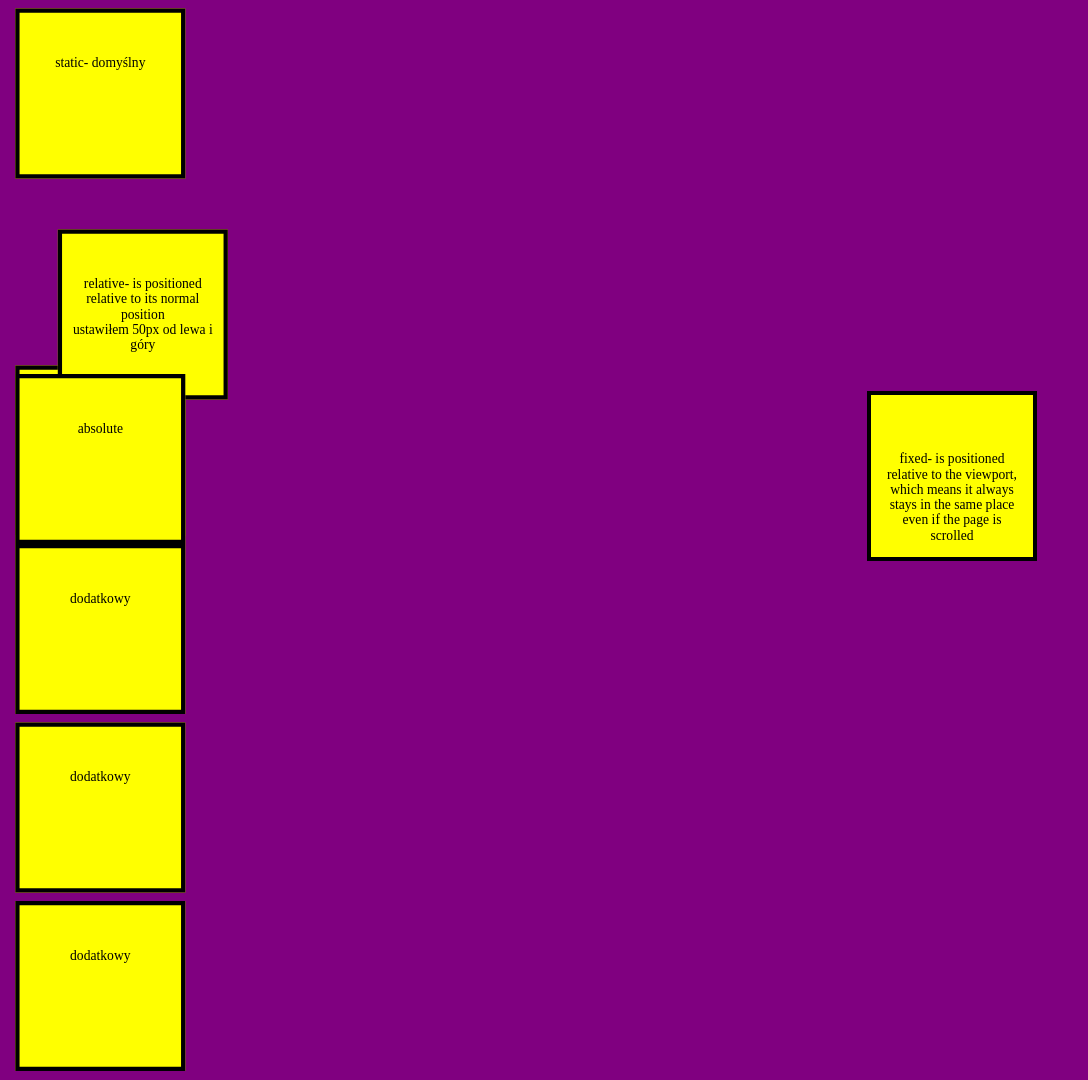
Repository: quenrythane/homepage
Page: CSS positions/CSS-positions.html
An editor plug-in stored every save of this project. The page is shown before and after the next save, followed by the edit.
The browser window is 1280 px wide. The pictures show the whole page, at 85% of full size.

Above is the page before, as saved 2020-10-11 03:56:21.

### CSS positions/CSS-positions.html
<!DOCTYPE html>
<html lang="en">
<head>
    <meta charset="UTF-8">
    <meta name="viewport" content="width=device-width, initial-scale=1.0">
    <title>CSS-positions</title>
    <link href="CSS-positions.css " rel="stylesheet" type="text/css">
</head>
<body >
    <div class="box static">static- domyślny</div>
    <div class="box relative">relative- is positioned relative to its normal position<br>
    ustawiłem 50px od lewa i góry</div>
    <div class="box fixed">
        <p>fixed- is positioned relative to the viewport, which means it always stays in the same place even if the page is scrolled</p>
        <p>A fixed element does not leave a gap in the page where it would normally have been located</p>
        <p> Czyli ogólnie strona załaduje go w to miejsce jakby strona normalnie się ładowała i na koniec tak jakby przy klei go w to miejsce na ekranie, przez co nawet jak będziemy przewijać stronę to zostanie w tym samym miejscu ekranu (nie zmieni miejsca ani w wysokości ani w szerokośći)</p>
        <p> Chyba, że nadamy mu miejsce w którym ma się znaleźć, wtedy tak jakby nie jest brany pod uwagę w wstępnym layoucie strony, tylko dodawany na sam koniec (ja go ustawię w miejsce w prawym rogu po 50px od krawędzi)</p>
    </div>
    <div class="box absolute">absolute</div>
    <div class="box sticky">sticky</div>

    <div class="box">dodatkowy</div>
    <div class="box">dodatkowy</div>
    <div class="box">dodatkowy</div>
</body>
</html>

### CSS positions/CSS-positions.css
body {
    background: purple;
}

.box{
    box-sizing: border-box;
    background: yellow;
    width: 200px;
    height: 200px ;
    margin: 10px;
    text-align: center;
    padding: 10px ;
    padding-top: 50px;
    border: solid black 5px;
}

.static{
    position: static;
}

.relative{
    position: relative;
    left: 50px;
    top: 50px;
}

.fixed{
    position: fixed;
    overflow: scroll;
    right: 50px;
    bottom: 50px;
}

.absolute{
    position: absolute;
}

.sticky{

}

After the next save:
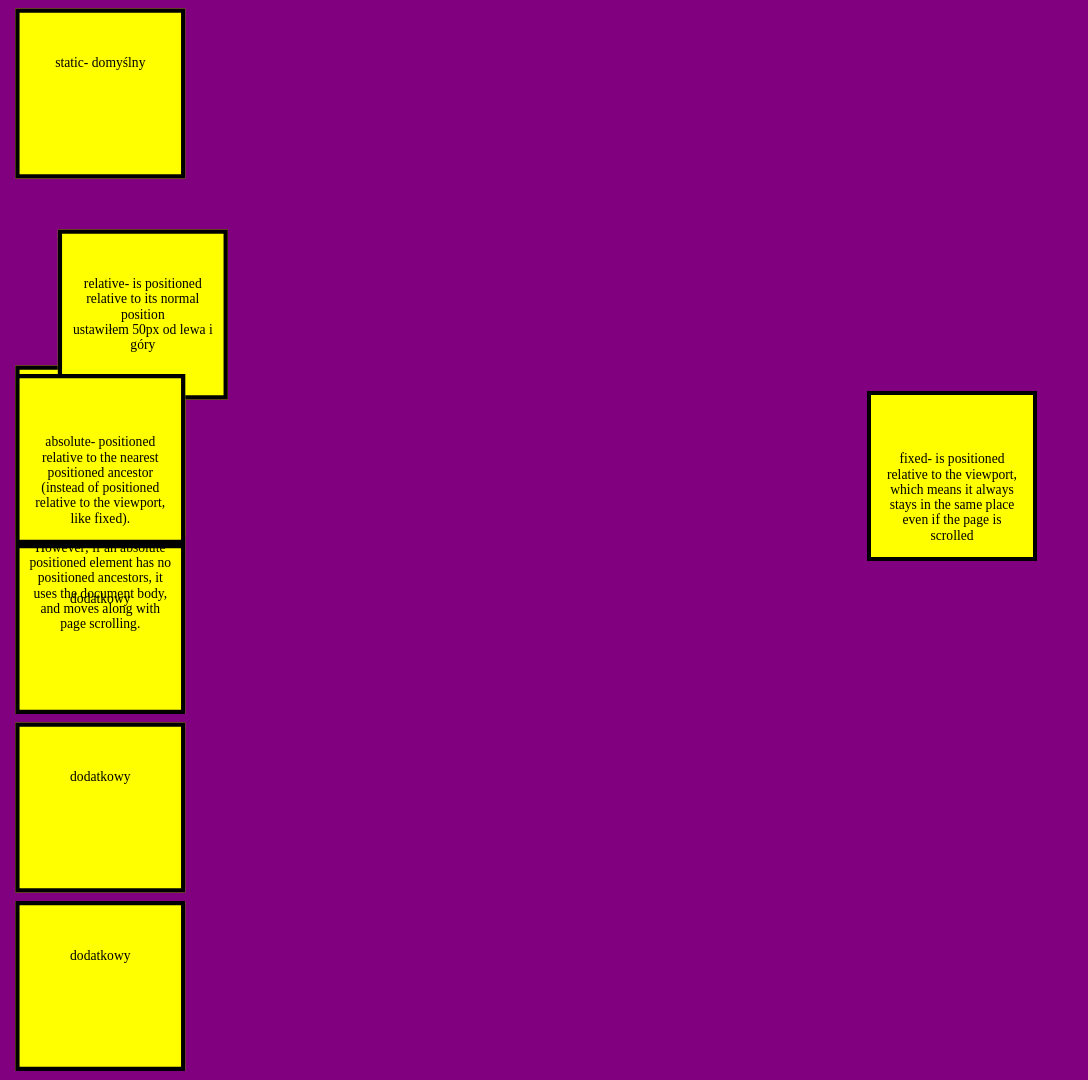
Saved 80 s later.
--- a/CSS positions/CSS-positions.html
+++ b/CSS positions/CSS-positions.html
@@ -16,7 +16,11 @@
         <p> Czyli ogólnie strona załaduje go w to miejsce jakby strona normalnie się ładowała i na koniec tak jakby przy klei go w to miejsce na ekranie, przez co nawet jak będziemy przewijać stronę to zostanie w tym samym miejscu ekranu (nie zmieni miejsca ani w wysokości ani w szerokośći)</p>
         <p> Chyba, że nadamy mu miejsce w którym ma się znaleźć, wtedy tak jakby nie jest brany pod uwagę w wstępnym layoucie strony, tylko dodawany na sam koniec (ja go ustawię w miejsce w prawym rogu po 50px od krawędzi)</p>
     </div>
-    <div class="box absolute">absolute</div>
+    <div class="box absolute">
+        <p>absolute- positioned relative to the nearest positioned ancestor (instead of positioned relative to the viewport, like fixed).</p>
+
+       <p> However; if an absolute positioned element has no positioned ancestors, it uses the document body, and moves along with page scrolling.</p>
+        </div>
     <div class="box sticky">sticky</div>
 
     <div class="box">dodatkowy</div>
